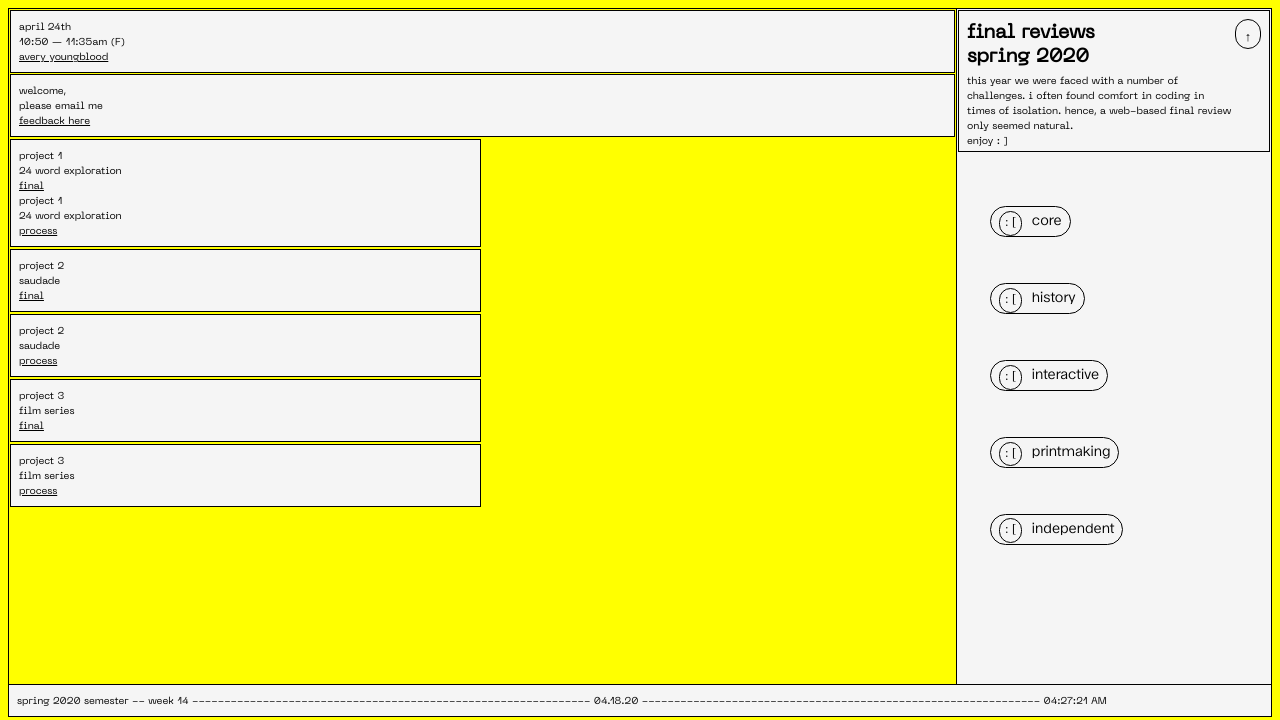
Repository: ayoungblood2/Spring-Semester-2020
Page: index v2/classes/core.html
The author's editor kept a copy of each file at every save. The page is drawn from the files as they stood at one save, then again after the next save.
The browser window is 1280 px wide. The pictures show the whole page.
Some web libraries are served in a nearby version.

Above is the page before, as saved 2020-04-18 15:11:27.

### index v2/classes/core.html
<html lang="en">

<head>

    <meta charset="UTF-8">
    <meta name="viewport" content="width=device-width, initial-scale=1.0">
    <meta http-equiv="X-UA-Compatible" content="ie=edge">
    <link rel="stylesheet" href="/index v2/assets/css/main.css">

    <link rel="apple-touch-icon" sizes="180x180" href="/index v2/assets/icon/favicon_io/apple-touch-icon.png">
    <link rel="icon" type="image/png" sizes="32x32" href="/index v2/assets/icon/favicon_io/favicon-32x32.png">
    <link rel="icon" type="image/png" sizes="16x16" href="/index v2/assets/icon/favicon_io/favicon-16x16.png">

    <!-- <META HTTP-EQUIV="refresh" CONTENT="5; URL=http://127.0.0.1:5500/index%20v2/index2.html"> -->


    <title> : ] [ :</title>


</head>

<body class="none">


    <div id="coords" data-html2canvas-ignore="true" style="color: black; top: 747px; left: 58px;">click(48,737)
    </div>


    <main class="Main">

        <header class="PageHeader PageHeader--home">

            <section class="PageHeader-classInfo">
                april 24th
                <br>10:50 — 11:35am (F)
                <br><a href="https://www.art.yale.edu/AveryYoungblood" target="_blank" class="PageHeader--link">avery
                    youngblood</a>
            </section>
        </header>

        <header class="PageHeader PageHeader--home">
            <section class="PageHeader-classInfo">
                welcome,
                <br> please email me
                <br><a href="avery.youngblood@yale.edu" class="PageHeader--link">feedback here</a>
            </section>
        </header>


        <header class="PageHeader PageHeader--home" style="display: inline-flex; width:49.75%;">
            <section class="PageHeader-classInfo">
                project 1
                <br> 24 word exploration
                <br><a href="/index v2/classes/core-prct1-1.html" class="PageHeader--link">final</a>
            </section>


            <section class="PageHeader-classInfo">
                project 1
                <br> 24 word exploration
                <br><a href="/index v2/classes/core-prct1-2.html" class="PageHeader--link">process</a>
            </section>
        </header>

        <header class="PageHeader PageHeader--home" style="display: inline-flex; width:49.75%;">
            <section class="PageHeader-classInfo">
                project 2
                <br> saudade
                <br><a href="/index v2/classes/core-prct2-1.html" class="PageHeader--link">final</a>
            </section>
        </header>

        <header class="PageHeader PageHeader--home" style="display: inline-flex; width:49.75%;">
            <section class="PageHeader-classInfo">
                project 2
                <br> saudade
                <br><a href="/index v2/classes/core-prct2-2.html" class="PageHeader--link">process</a>
            </section>
        </header>

        <header class="PageHeader PageHeader--home" style="display: inline-flex; width:49.75%;">
            <section class="PageHeader-classInfo">
                project 3
                <br> film series
                <br><a href="/index v2/classes/core-prct3-1.html" class="PageHeader--link">final</a>
            </section>
        </header>

        <header class="PageHeader PageHeader--home" style="display: inline-flex; width:49.75%;">
            <section class="PageHeader-classInfo">
                project 3
                <br> film series
                <br><a href="/index v2/classes/core-prct3-2.html" class="PageHeader--link">process</a>
            </section>
        </header>
    </div>

    </main>


    <header class="Header">

        <a href="/index v2/index2.html" class="Header-link">
            <div class="wrapper">

                <span class="Header-title">
                    <h2>
                        <span class="Header-span">final reviews</span>
                        <span class="Header-span">spring 2020</span></h2>
                    <br>
                    <div class="content">
                        <p> this year we were faced with a number of challenges.
                            i often found comfort in coding in times of isolation.
                            hence, a web-based final review only seemed natural. </p>
                        <p> enjoy : ] </p>

                </span>
                </span>

            </div>

            </div>
            <button onClick="window.location.href=window.location.href" class="Header-arrow">
                ↑
            </button>


        </a>


        <nav class="Nav is-home">

            <ul class="Nav-list">

                <li class="Nav-item ">
                    <span>
                        <a href="/index v2/classes/core.html" class="Nav-link view-more view-less" href="#"
                            data-target="core">
                            core
                        </a>
                    </span>
                    <img src="/index v2/classes/core/project1/Avery_Slang_BW.png"
                        style="width:150%;transform:rotate(20deg);" class="page-header" />

                    <ul id="core" class="viewing-less">

                        <li class="more">
                            core became a way to discover process and refine my message, along with building the
                            fundamentals of graphic design.
                            core solidifies the conceptualization of flexible ideas into experimental print and
                            materiality so that one can understand the motive behind work.
                            <br><br><br>
                            <p>--&nbsp;&nbsp;project&nbsp;&nbsp;&nbsp;1&nbsp;&nbsp;&nbsp;:&nbsp;&nbsp;&nbsp;24 word
                                exploration</p>
                            <br>
                            <p>--&nbsp;&nbsp;project&nbsp;&nbsp;2&nbsp;&nbsp;&nbsp;:&nbsp;&nbsp;&nbsp;saudade event</p>
                            <br>
                            <p>--&nbsp;&nbsp;project&nbsp;&nbsp;3&nbsp;&nbsp;&nbsp;:&nbsp;&nbsp;&nbsp;film posters</p>
                        </li>
                    </ul>

                </li>


                <li class="Nav-item ">
                    <span>
                        <a href="open projects on left-hand side and make smile icon big"
                            class="Nav-link view-more view-less" href="#" data-target="history">
                            history
                        </a>
                    </span>
                    <img src="/index v2/classes/history/other images/event_default_31_1.jpg"
                        style="width:100%;transform:rotate(-50deg);margin:50px;" />
                    <ul id="history" class="viewing-less">

                        <li class="more">
                            this semester history provided me with context for design. instead of conceptualizing from
                            personal ideation,
                            my process became reversed in history of graphic design. i found myself working from
                            historical references first,
                            then contextualizing into my own design language.
                            <br><br><br>
                            <p>--&nbsp;&nbsp;project&nbsp;&nbsp;&nbsp;1&nbsp;&nbsp;&nbsp;:&nbsp;&nbsp;&nbsp;sf
                                psychedelic rock posters</p>
                            <br>
                            <p>--&nbsp;&nbsp;project&nbsp;&nbsp;2&nbsp;&nbsp;&nbsp;:&nbsp;&nbsp;&nbsp;designer accordion
                            </p>
                            <br>
                            <p>--&nbsp;&nbsp;project&nbsp;&nbsp;3&nbsp;&nbsp;&nbsp;:&nbsp;&nbsp;&nbsp;reading</p>
                            <br>
                            <p>--&nbsp;&nbsp;project&nbsp;&nbsp;4&nbsp;&nbsp;&nbsp;:&nbsp;&nbsp;&nbsp;research &
                                resources</p>
                        </li>
                    </ul>
                </li>


                <li class="Nav-item ">
                    <span>
                        <a href="open projects on left-hand side and make smile icon big"
                            class="Nav-link view-more view-less" href="#" data-target="interact">
                            interactive
                        </a>
                    </span>
                    <img src="/index v2/classes/interactive/web-as-site.png"
                        style="width:70%;transform:rotate(2deg);margin-top:300px;margin-left:300px;" />
                    <ul id="interact" class="viewing-less">

                        <li class="more">
                            we covered a lot in interactive this semester.
                            i've been actively learning HTML, CSS, and JavaScript, and experimenting ways to introduce
                            these methods into my everyday studio practice.
                            the readings we had about the internet and the relationship to
                            embodied experience were eye-opening discussions.
                            everything of what i thought web-design "should-be" vanished. all expectations and rules,
                            gone.
                            i learned there is a space for art in the web-space.
                            i appreciate the freedom of expression and encouragement of creativity from
                            conceptually-driven prompts in this class.
                            i want to incorporate this new perspective of organizing and translating design/process into
                            an interactive space.
                            <br><br><br>
                            <p>--&nbsp;&nbsp;project&nbsp;&nbsp;&nbsp;1&nbsp;&nbsp;&nbsp;:&nbsp;&nbsp;&nbsp;list</p>
                            <br>
                            <p>--&nbsp;&nbsp;project&nbsp;&nbsp;2&nbsp;&nbsp;&nbsp;:&nbsp;&nbsp;&nbsp;clock</p>
                            <br>
                            <p>--&nbsp;&nbsp;project&nbsp;&nbsp;3&nbsp;&nbsp;&nbsp;:&nbsp;&nbsp;&nbsp;reading &
                                resources</p>
                        </li>
                    </ul>
                </li>


                <li class="Nav-item ">
                    <span>
                        <a href="open projects on left-hand side and make smile icon big"
                            class="Nav-link view-more view-less" href="#" data-target="print">
                            printmaking
                        </a>
                    </span>
                    <img src="/index v2/classes/printmaking/reference pics/Screen Shot 2020-04-16 at 5.17.14 AM.png"
                        style="width:50%;transform:rotate(20deg);margin-top:200px;margin-left:10px;" />
                    <ul id="print" class="viewing-less">

                        <li class="more">
                            printmaking considers ways in which multiplicity, circulation, and archives have functioned
                            within contemporary print based artworks.
                            We had visits to on-campus collections, collaborative studio work, and in class discussions
                            of pertinent texts aim to place the
                            making of printed media within an expansive field of art practices.
                            Although, the second part of the semester was to focus on
                            how these concepts, materials, and forms connect to our own individual studio practices
                            through projects and printshop demonstrations focusing on the stencil and the book (we still
                            had discussions of what we'd like to pursue in the future).
                            <br><br><br>
                            <p>--&nbsp;&nbsp;project&nbsp;&nbsp;&nbsp;1&nbsp;&nbsp;&nbsp;:&nbsp;&nbsp;&nbsp;reading</p>
                            <br>
                            <p>--&nbsp;&nbsp;project&nbsp;&nbsp;2&nbsp;&nbsp;&nbsp;:&nbsp;&nbsp;&nbsp;research &
                                resources</p>
                            <br>
                            <p>--&nbsp;&nbsp;project&nbsp;&nbsp;3&nbsp;&nbsp;&nbsp;:&nbsp;&nbsp;&nbsp;chapel street pole
                            </p>
                            <br>
                            <p>--&nbsp;&nbsp;project&nbsp;&nbsp;4&nbsp;&nbsp;&nbsp;:&nbsp;&nbsp;&nbsp;commissioned
                                publication</p>
                        </li>
                    </ul>
                </li>


                <li class="Nav-item ">
                    <span>
                        <a href="open projects on left-hand side and make smile icon big"
                            class="Nav-link view-more view-less" href="#" data-target="ind">
                            independent
                        </a>
                    </span>
                    <img src="/index v2/classes/independent/Screen Shot 2020-04-14 at 2.37.37 PM.png"
                        style="width:50%;transform:rotate(-63deg);margin:20px;" />
                    <ul id="ind" class="viewing-less">

                        <li class="more">
                            collaboration on all fronts. alvin (prelim GD) and amina (1st yr sculpture) became my close
                            allies this semester.
                            our personal interests led the way in cultivating close-relationships,
                            along with intriguing long-term projects that i'm excited to continue and develop over the
                            years.
                            <br>
                            the second half of the semester my attention and time became devoted to the covid-19 cause -
                            writing
                            and meeting and organizing 24/7 to work towards active nationwide solutions for the future
                            of education.
                            <br><br><br>
                            <p>--&nbsp;&nbsp;project&nbsp;&nbsp;&nbsp;1&nbsp;&nbsp;&nbsp;:&nbsp;&nbsp;&nbsp;we-need-to-talk
                            </p>
                            <br>
                            <p>--&nbsp;&nbsp;project&nbsp;&nbsp;2&nbsp;&nbsp;&nbsp;:&nbsp;&nbsp;&nbsp;sonic rupture</p>
                            <br>
                            <p>--&nbsp;&nbsp;project&nbsp;&nbsp;3&nbsp;&nbsp;&nbsp;:&nbsp;&nbsp;&nbsp;log & letters</p>
                        </li>
                    </ul>
                </li>
        </nav>

    </header>

    <span class="TimeStamp">spring semester week 01 04.15.20 05:07:06 PM</span>

    <script src="//ajax.googleapis.com/ajax/libs/jquery/1.7.1/jquery.min.js" type="text/javascript"></script>
    <script src="https://cdnjs.cloudflare.com/ajax/libs/moment.js/2.20.1/moment.min.js"></script>
    <script src="/index v2/assets/js/main.js"></script>
    <script src="/index v2/assets/js/scripts.js"></script>
    <script src="/index v2/assets/js/html2canvas.js"></script>




</body>


</html>

<!-- yale school of art --
graphic design --
preliminary year --
final reviews --
spring 2020 -->

Loaded but not shown: index v2/assets/js/html2canvas.js (library); index v2/assets/js/scripts.js (193 lines, source omitted); index v2/assets/js/main.js (113 lines, source omitted); index v2/assets/css/main.css (827 lines, source omitted)

After the next save:
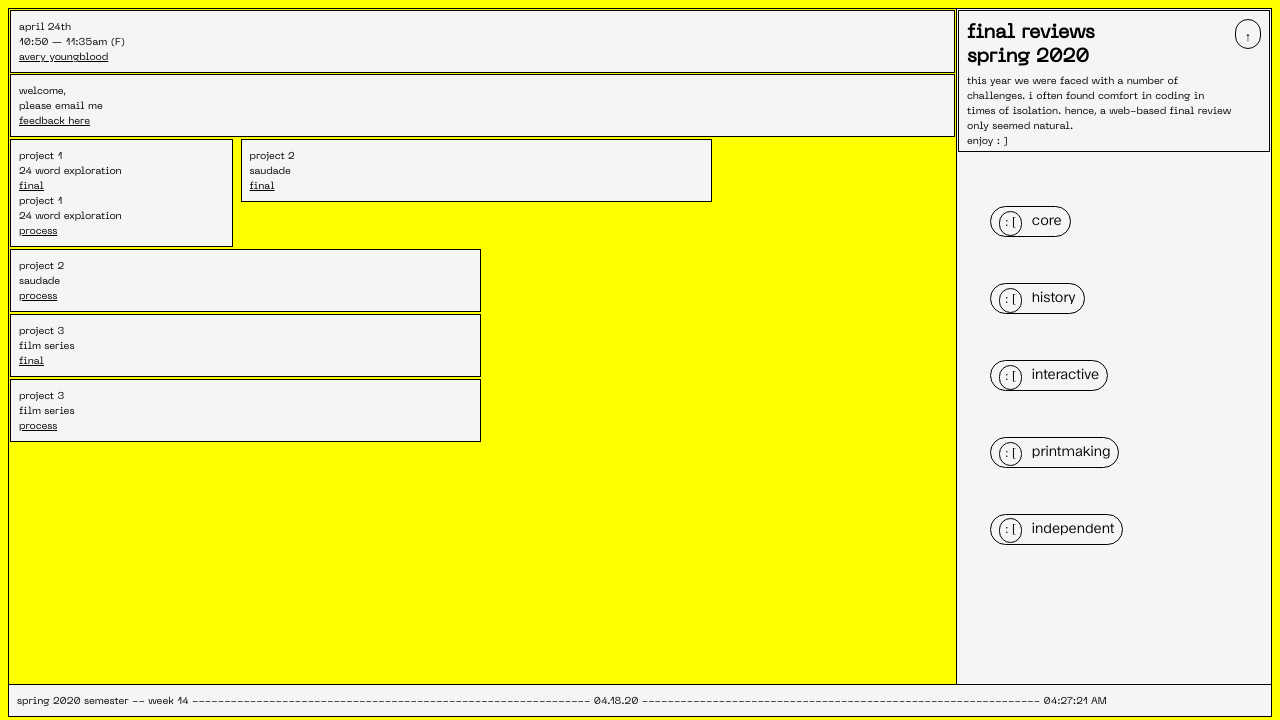
Saved 16 s later.
--- a/index v2/classes/core.html
+++ b/index v2/classes/core.html
@@ -47,7 +47,7 @@
         </header>
 
 
-        <header class="PageHeader PageHeader--home" style="display: inline-flex; width:49.75%;">
+        <header class="PageHeader PageHeader--home" style="display: inline-flex; ">
             <section class="PageHeader-classInfo">
                 project 1
                 <br> 24 word exploration
